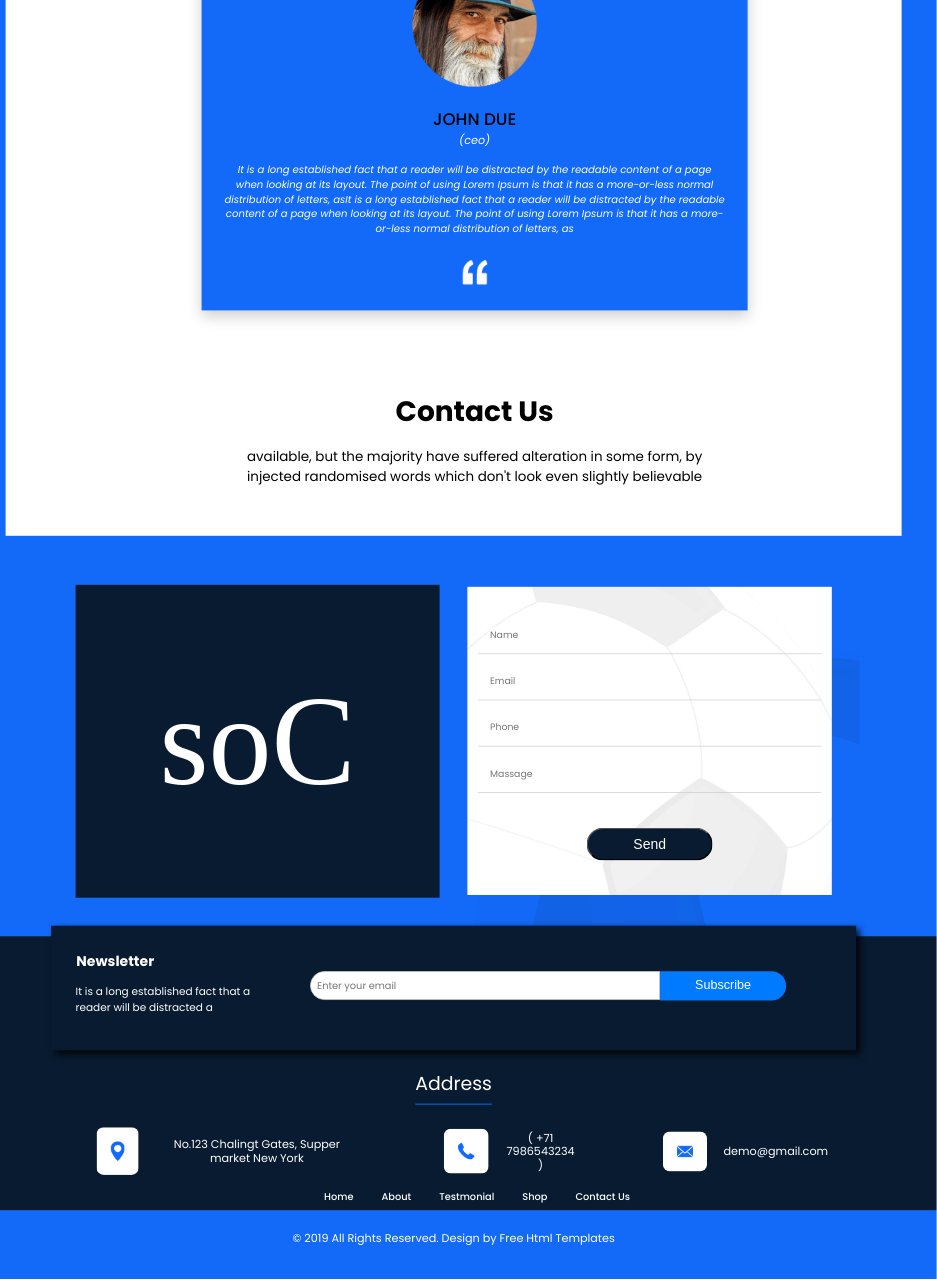
Repository: Vinicius9922/Projeto-Web
Page: index.html
The author's editor kept a copy of each file at every save. The page is drawn from the files as they stood at one save, then again after a run of saves.
The browser window is 1280 px wide. The page is 1338 px wide, so the pictures cover 1338 px, including what lies to the right of the window. The pictures show the part of the page from y = 3068 to 4908 px (the page is 4896 px tall before and 4908 px after), at 70% of full size.

Above is the page before, as saved 2024-12-14 13:19:35.

After the next 2 saves:
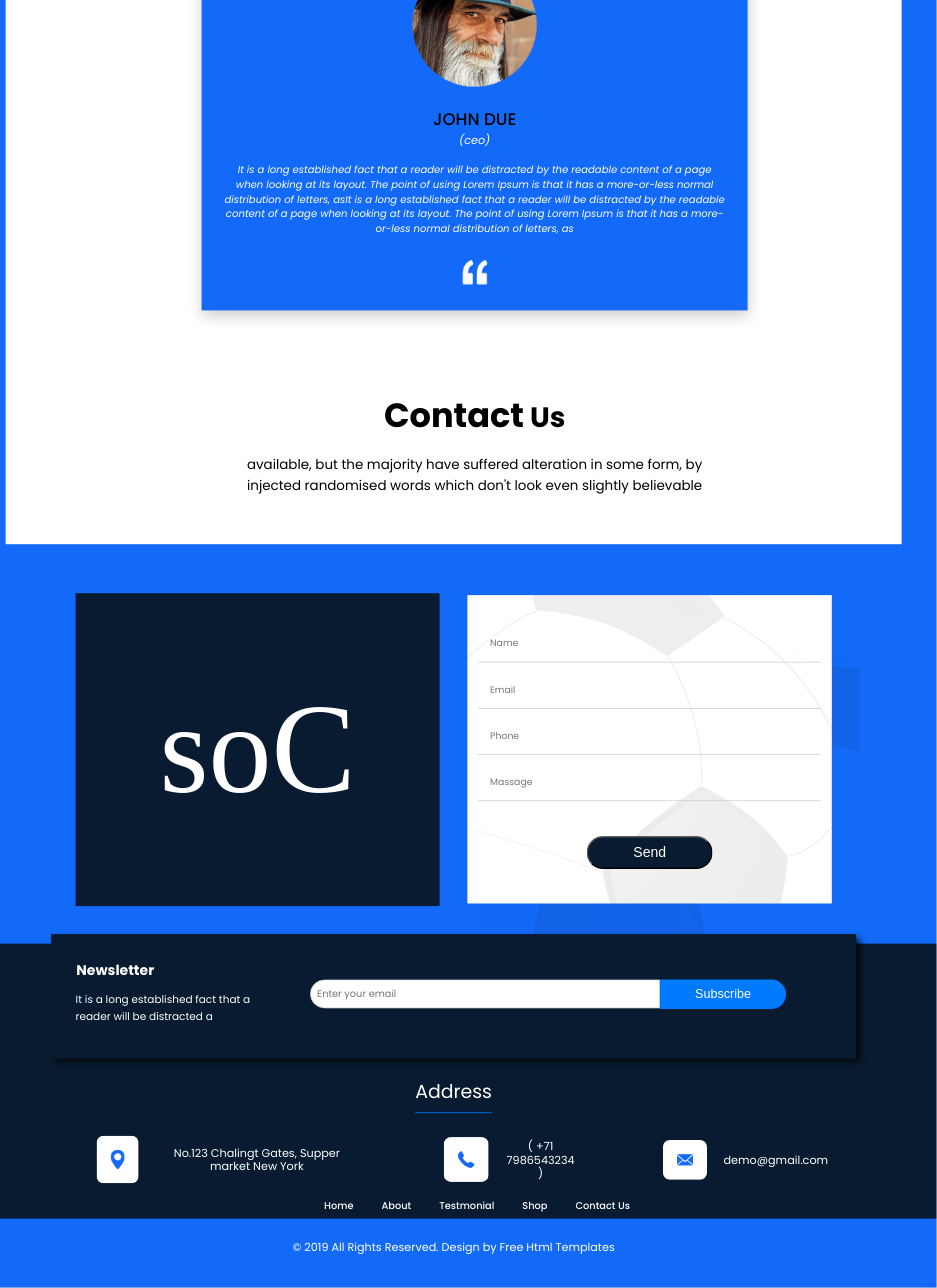
The 2 saves are shown as one change because they came seconds apart.
The last was saved 20 s later.
--- a/index.html
+++ b/index.html
@@ -137,7 +137,7 @@
         </div>
 
         <div class="Contato">
-            <h2><bold>Contact</bold> Us</h2>
+            <h2><span>Contact</span> Us</h2>
             <span>available, but the majority have suffered alteration in some form, by
                 injected randomised words which don't look even slightly believable</span>
         </div>
